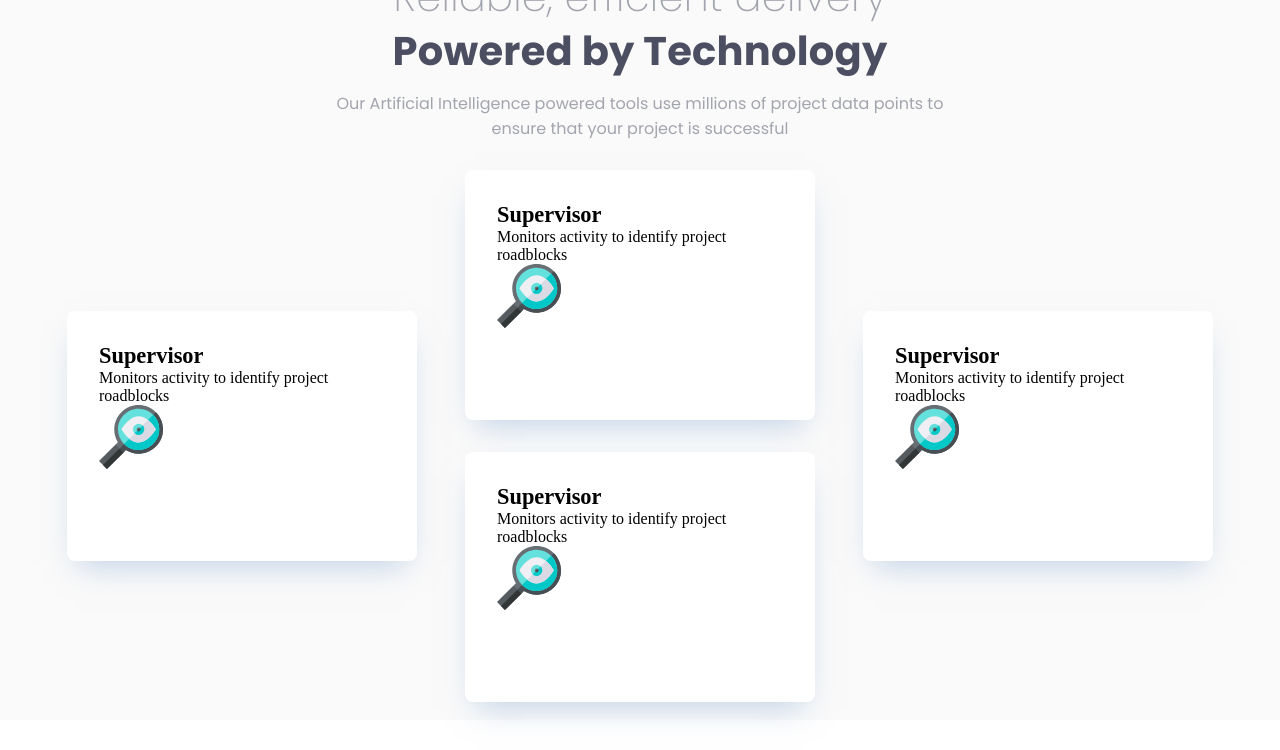
Repository: brandontaylor1/four-card-feature
Page: index.html
These files come from the project's save history. The page is drawn as it stood at one moment and after the next save; the edit follows.
The browser window is 1280 px wide. The pictures show the whole page.

Above is the page before, as saved 2025-01-09 23:16:33.

### index.html
<!DOCTYPE html>
<html lang="en">
<head>
    <meta charset="UTF-8">
    <meta name="viewport" content="width=device-width, initial-scale=1.0">
    <link rel="preconnect" href="https://fonts.googleapis.com">
    <link rel="preconnect" href="https://fonts.gstatic.com" crossorigin>
    <link href="https://fonts.googleapis.com/css2?family=Poppins:ital,wght@0,100;0,200;0,300;0,400;0,500;0,600;0,700;0,800;0,900;1,100;1,200;1,300;1,400;1,500;1,600;1,700;1,800;1,900&display=swap" rel="stylesheet">
    <link rel="stylesheet" href="styles.css">
    <title>Four Card Feature</title>
</head>
<body>
    <main class="container">
        <section class="page-content">
            <h1>Reliable, efficient delivery</h1>
            <h2>Powered by Technology</h2>
            <p>Our Artificial Intelligence powered tools use millions of project data points to ensure that your project is successful</p>
        </section>
        <section class="column-container">
            <div class="card-column">
                <div class="card">
                    <h3>Supervisor</h3>
                    <p>Monitors activity to identify project roadblocks</p>
                    <img src="./assets/images/icon-supervisor.svg" alt="Supervisor Icon">
                </div>
            </div>

            <div class="card-column">
                <div class="card">
                    <h3>Supervisor</h3>
                    <p>Monitors activity to identify project roadblocks</p>
                    <img src="./assets/images/icon-supervisor.svg" alt="Supervisor Icon">
                </div>
                <div class="card">
                    <h3>Supervisor</h3>
                    <p>Monitors activity to identify project roadblocks</p>
                    <img src="./assets/images/icon-supervisor.svg" alt="Supervisor Icon">
                </div>
            </div>

            <div class="card-column">
                <div class="card">
                    <h3>Supervisor</h3>
                    <p>Monitors activity to identify project roadblocks</p>
                    <img src="./assets/images/icon-supervisor.svg" alt="Supervisor Icon">
                </div>
            </div>
        </section>
    </main>

</body>
</html>

### styles.css
* {
    margin: 0;
    padding: 0;
    box-sizing: border-box;
}

:root {
    --primary-red: hsl(0, 78%, 62%);
    --primary-cyan: hsl(180, 62%, 55%);
    --primary-orange: hsl(34, 97%, 64%);
    --primary-blue: hsl(212, 86%, 64%);

    --secondary-dark-blue: hsl(234, 12%, 34%);
    --secondary-grayish-blue: hsl(229, 6%, 66%);
    --secondary-light-gray: hsl(0, 0%, 98%);
}

.container {
    height: 100vh;
    display: flex;
    align-items: center;
    justify-content: center;
    flex-direction: column;
    background-color: #FAFAFA;
}

.page-content {
    display: flex;
    flex-direction: column;
    align-items: center;
    justify-content: space-between;
    height: 150px;
    width: 650px;
    margin-bottom: 50px;
}

.page-content h1 {
    font-size: 2.5rem;
    font-family: "Poppins", sans-serif;
    font-weight: 200;
    line-height: 54px;
    letter-spacing: .25px;
    color: var(--secondary-grayish-blue);
}

.page-content h2 {
    font-size: 2.5rem;
    font-family: "Poppins", sans-serif;
    font-weight: 700;
    line-height: 54px;
    letter-spacing: .25px;
    color: var(--secondary-dark-blue);
    margin-bottom: 13px;
}

.page-content p {
    font-size: 1rem;
    font-family: "Poppins", sans-serif;
    font-weight: 400;
    line-height: 25px;
    text-align: center;
    color: var(--secondary-grayish-blue);

}

.column-container {
    display: grid;
    justify-content: center;
    align-items: center;
    grid-template-columns: repeat(3, 1fr);
    grid-template-rows: repeat(2, auto);
    gap: 3rem;
}

.card:nth-child(2) {
    margin-top: 2rem;
}

.card {
    width: 350px;
    height: 250px;
    border-radius: 0.5rem;
    padding: 2rem;
    background: #FFF;
    box-shadow: 0px 15px 30px -11px rgba(131, 166, 210, 0.50);
}

.card h3 {
    font-size: 1.4rem;
}

After the next save:
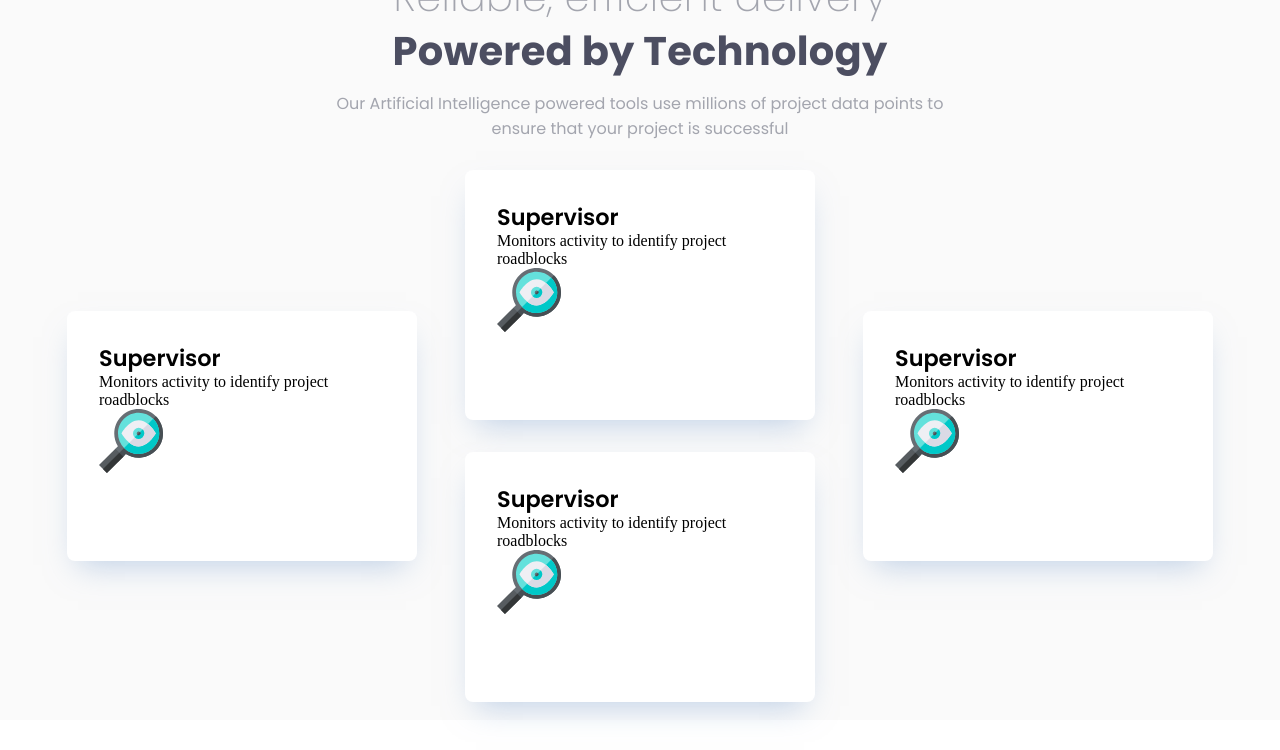
Saved 56 s later.
--- a/styles.css
+++ b/styles.css
@@ -87,4 +87,7 @@
 
 .card h3 {
     font-size: 1.4rem;
+    font-family: "Poppins", sans-serif;
+    font-weight: 600;
+    line-height: 30px;
 }
